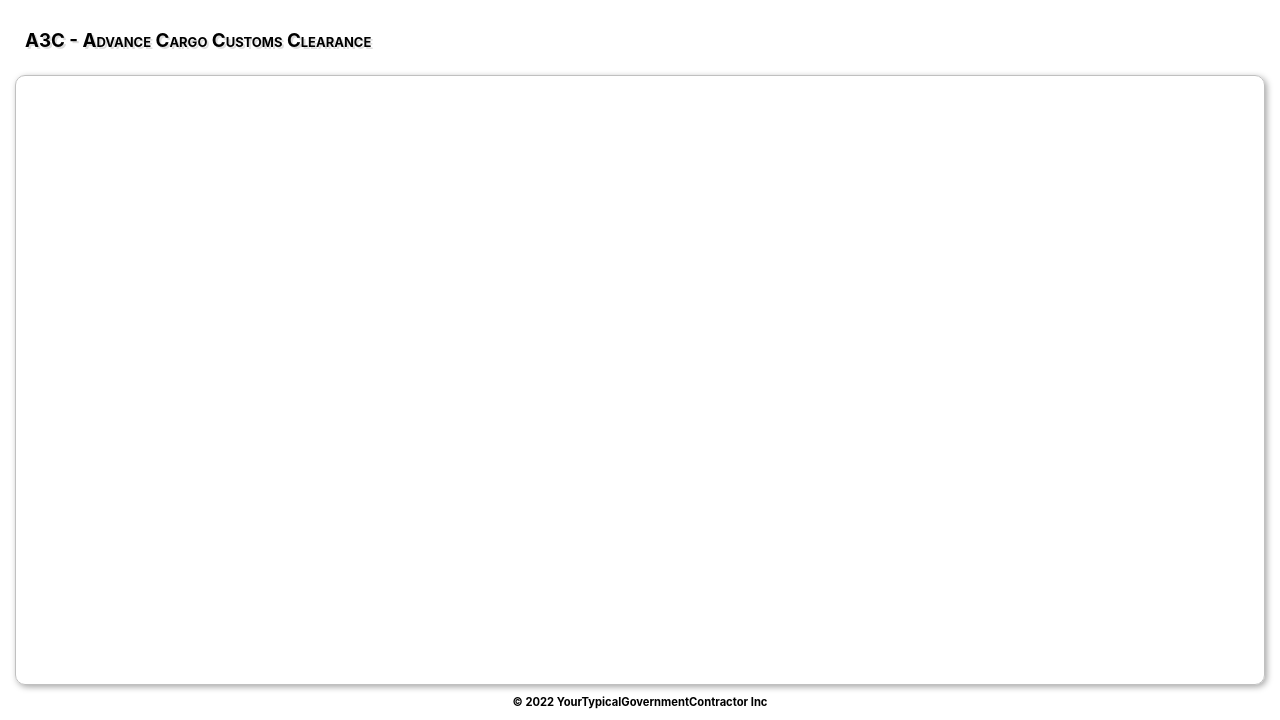
Repository: marlonguerios/onerecord_hackathon_2022
Page: /customs
These files come from the project's save history. The page is drawn as it stood at one moment and after the next save; the edit follows.
The browser window is 1280 px wide. The pictures show the whole page.
The project was rebuilt for these pictures with package versions that can differ from the ones it lists, and the page was loaded fresh each time. Also part of the build but not shown: src/Dashboard.js.

Above is the page before, as saved 2022-10-22 21:48:44.

After the next save:
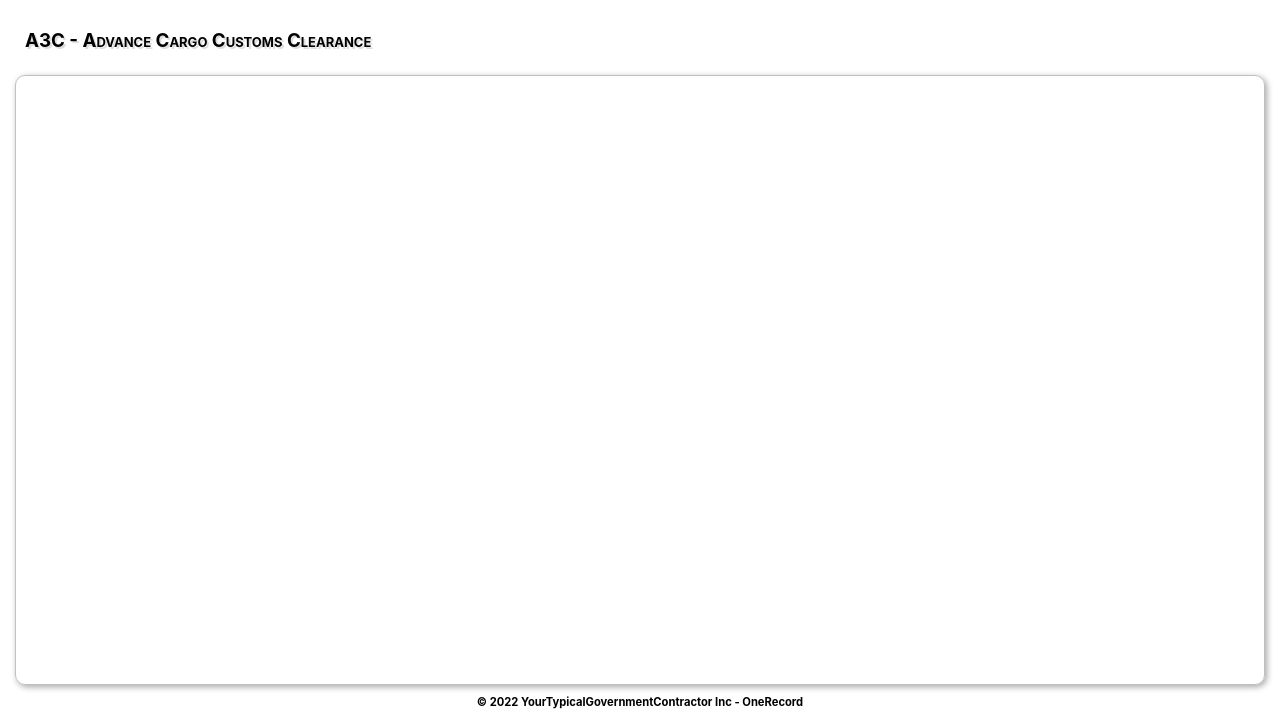
Saved 37 s later.
--- a/src/CustomsDashboard.js
+++ b/src/CustomsDashboard.js
@@ -30,7 +30,7 @@ class CustomsDashboard extends Component {
         return <div className="customs-page">
             <CustomsHeader />
             <CustomsContent bookings={ this.state.bookings } />
-            <footer id="customs-footer">&copy; 2022 YourTypicalGovernmentContractor Inc</footer>
+            <footer id="customs-footer">&copy; 2022 YourTypicalGovernmentContractor Inc - OneRecord</footer>
         </div>
     }
 
